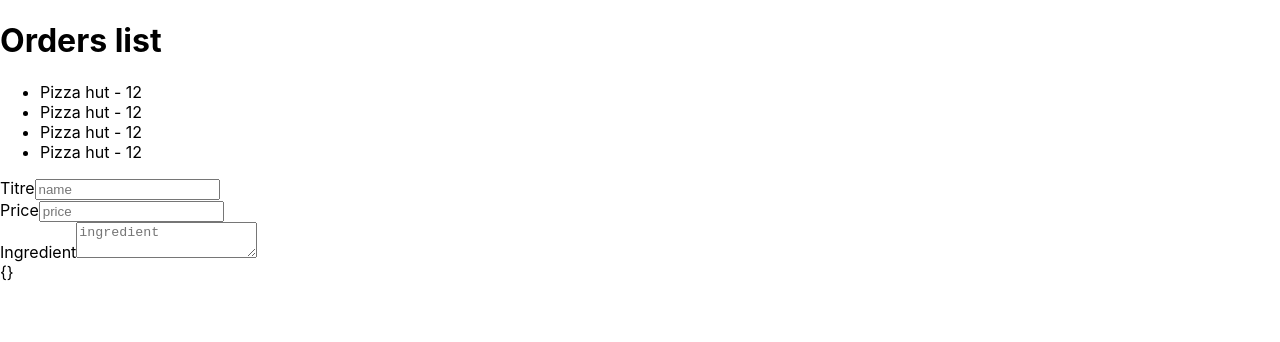
Repository: FS-23/react-navigation
Page: /
An editor plug-in stored every save of this project. The page is shown before and after the next save, followed by the edit.
The browser window is 1280 px wide. The pictures show the whole page.
The project was rebuilt for these pictures with package versions that can differ from the ones it lists, and the page was loaded fresh each time. Also part of the build but not shown: src/components/Article.js.

Above is the page before, as saved 2022-05-06 14:38:47.

After the next save:
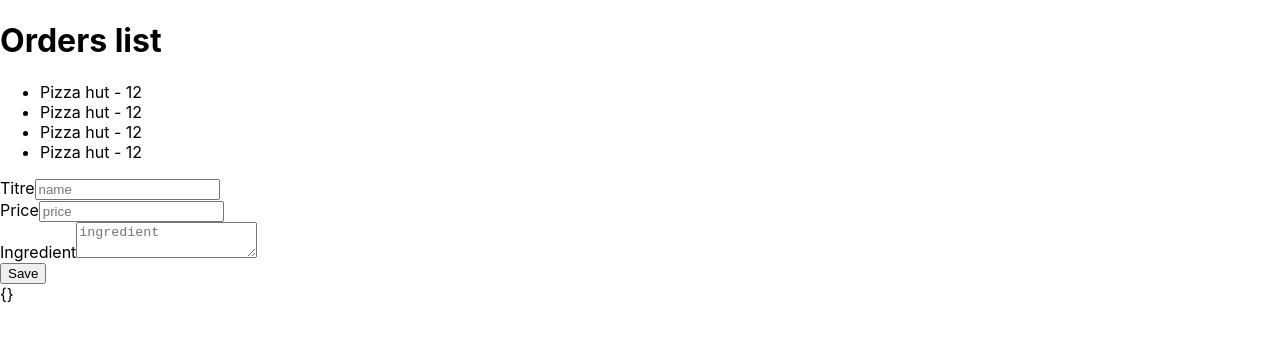
Saved 3 min 57 s later.
--- a/src/components/EditDetail.js
+++ b/src/components/EditDetail.js
@@ -10,10 +10,14 @@
 
     }
 
+    function handleOnSubmit(event){
+        event.preventDefault();
+        console.log('inputs:', inputs)
+    }
 
     return(
         <>
-           <form >
+           <form onSubmit={handleOnSubmit}>
               <div className="form-group">
                   <label className="form-label">Titre</label>
                   <input className="form-control"
@@ -40,6 +44,10 @@
 
                    </textarea>
               </div>
+
+              <div className="form-group">
+                  <button>Save</button>
+              </div>
            </form>
 
            <div>{JSON.stringify(inputs)}</div>
